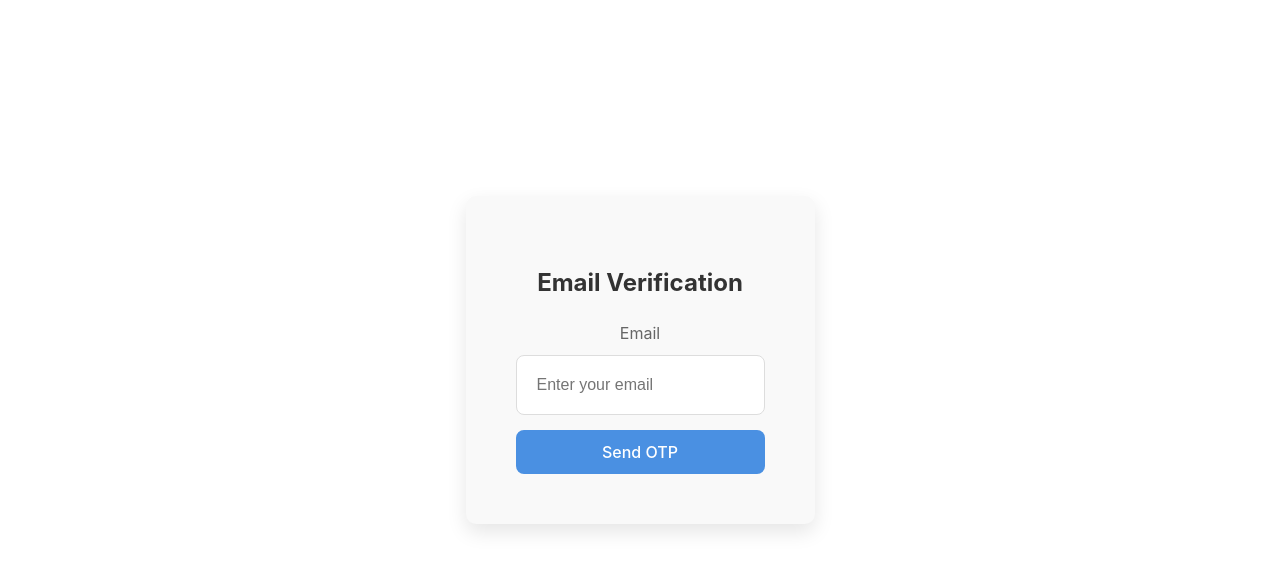
Repository: sarathraj2002/MockTest
Page: / (app in Frontend/)
The author's editor kept a copy of each file at every save. The page is drawn from the files as they stood at one save, then again after a run of saves.
The browser window is 1280 px wide. The pictures show the whole page.
The project was rebuilt for these pictures with package versions that can differ from the ones it lists, and the page was loaded fresh each time. Also part of the build but not shown: Frontend/vite.config.js, Frontend/src/components/Home.jsx, Frontend/src/components/Mail.jsx.

Above is the page before, as saved 2024-11-13 17:01:15.

### Frontend/index.html
<!doctype html>
<html lang="en">
  <head>
    <meta charset="UTF-8" />
    <link rel="icon" type="image/svg+xml" href="/vite.svg" />
    <meta name="viewport" content="width=device-width, initial-scale=1.0" />
    <title>MockTest</title>
  </head>
  <body>
    <div id="root"></div>
    <script type="module" src="/src/main.jsx"></script>
  </body>
</html>

### Frontend/src/main.jsx
import { StrictMode } from 'react'
import { createRoot } from 'react-dom/client'
import App from './App.jsx'
import './index.css'
import { BrowserRouter } from 'react-router-dom'


createRoot(document.getElementById('root')).render(
  <StrictMode>
     <BrowserRouter>
    <App />
    </BrowserRouter>
  </StrictMode>,
)

### Frontend/src/App.jsx
import { useState } from 'react'
import './App.css'
import Otp from './components/Otp'
import { Home } from './components/Home'
import { Route,Routes,useNavigate } from 'react-router-dom'
import Mail from './components/Mail'

function App() {
  const [email, setEmail] = useState('');
  const navigate = useNavigate();
  const handleEmailSubmit=(email)=>{
    setEmail(email);
    navigate('/check');
  }


  return (
    <>
    <Routes>
      <Route path='/' element={<Otp onEmailSubmit={handleEmailSubmit}/>}></Route>
      <Route path='/check' element={<Mail/>}></Route>
      <Route path='/home' element={<Home/>}></Route>
    </Routes>
    </>
  )
}

export default App

### Frontend/src/components/Otp.jsx
import React, { useState } from 'react';
import axios from 'axios';

function Email({ onEmailSubmit }) {
  const [email, setEmail] = useState('');
  const [otp, setOtp] = useState('');
  const [errorMessage, setErrorMessage] = useState('');
  const [otpSent, setOtpSent] = useState(false);


  const handleEmailSubmit = async (e) => {
    e.preventDefault();
    setErrorMessage('');
    try {

      const response = await axios.post('http://localhost:5000/api/send-otp', { email });
      const data = response.data;

      console.log(data);

      if (data.success) {
        setOtpSent(true);
        onEmailSubmit(email);
      } else {
        setErrorMessage('Error sending OTP. Please try again.');
      }
    } catch (error) {
      setErrorMessage('An error occurred while sending OTP.');
      console.error('Error:', error);
    }
  };


  const handleOtpSubmit = async (e) => {
    e.preventDefault();
    setErrorMessage('');
    try {
      const response = await axios.post('http://localhost:5000/api/verify-otp', { otp });
      const data = response.data;

      if (data.valid) {
        alert('OTP validated successfully!');
      } else {
        setErrorMessage(data.message || 'Invalid OTP. Please try again.');
      }
    } catch (error) {
      setErrorMessage('An error occurred while validating OTP.');
      console.error('Error:', error);
    }
  };

  return (
   <div
  style={{
    maxWidth: '800px',
    margin: 'auto',
    padding: '50px',
    textAlign: 'center',
    backgroundColor: '#f9f9f9',
    boxShadow: '0 8px 20px rgba(0, 0, 0, 0.1)',
    borderRadius: '10px',
  }}
>
  <h2 style={{ color: '#333', marginBottom: '20px' }}>Email Verification</h2>
  {!otpSent ? (
    <form onSubmit={handleEmailSubmit} style={{ display: 'flex', flexDirection: 'column' }}>
      <label htmlFor="email" style={{ marginBottom: '10px', color: '#666' }}>Email</label>
      <input
        id="email"
        type="email"
        value={email}
        onChange={(e) => setEmail(e.target.value)}
        required
        placeholder="Enter your email"
        style={{
          padding: '20px',
          marginBottom: '15px',
          borderRadius: '8px',
          border: '1px solid #ddd',
          fontSize: '16px',
        }}
      />
      <button
        type="submit"
        style={{
          padding: '12px 20px',
          backgroundColor: '#4a90e2',
          color: 'white',
          border: 'none',
          borderRadius: '8px',
          cursor: 'pointer',
          transition: 'background-color 0.3s',
        }}
        onMouseEnter={(e) => (e.target.style.backgroundColor = '#357ABD')}
        onMouseLeave={(e) => (e.target.style.backgroundColor = '#4a90e2')}
      >
        Send OTP
      </button>
      {errorMessage && (
        <p style={{ color: 'red', marginTop: '15px' }}>
          {errorMessage}
        </p>
      )}
    </form>
  ) : (
    <form onSubmit={handleOtpSubmit} style={{ display: 'flex', flexDirection: 'column' }}>
      <label htmlFor="otp" style={{ marginBottom: '10px', color: '#666' }}>Enter OTP</label>
      <input
        id="otp"
        type="text"
        value={otp}
        onChange={(e) => setOtp(e.target.value)}
        required
        placeholder="Enter OTP"
        style={{
          padding: '12px',
          marginBottom: '15px',
          borderRadius: '8px',
          border: '1px solid #ddd',
          fontSize: '16px',
        }}
      />
      <button
        type="submit"
        style={{
          padding: '12px 20px',
          backgroundColor: '#5cb85c',
          color: 'white',
          border: 'none',
          borderRadius: '8px',
          cursor: 'pointer',
          transition: 'background-color 0.3s',
        }}
        onMouseEnter={(e) => (e.target.style.backgroundColor = '#4CAE4C')}
        onMouseLeave={(e) => (e.target.style.backgroundColor = '#5cb85c')}
      >
        Validate OTP
      </button>
      {errorMessage && (
        <p style={{ color: 'red', marginTop: '15px' }}>
          {errorMessage}
        </p>
      )}
    </form>
  )}
</div>
)}
export default Email;

Loaded but not shown: Frontend/src/index.css (common file); Frontend/src/App.css (common file)

After the next 3 saves:
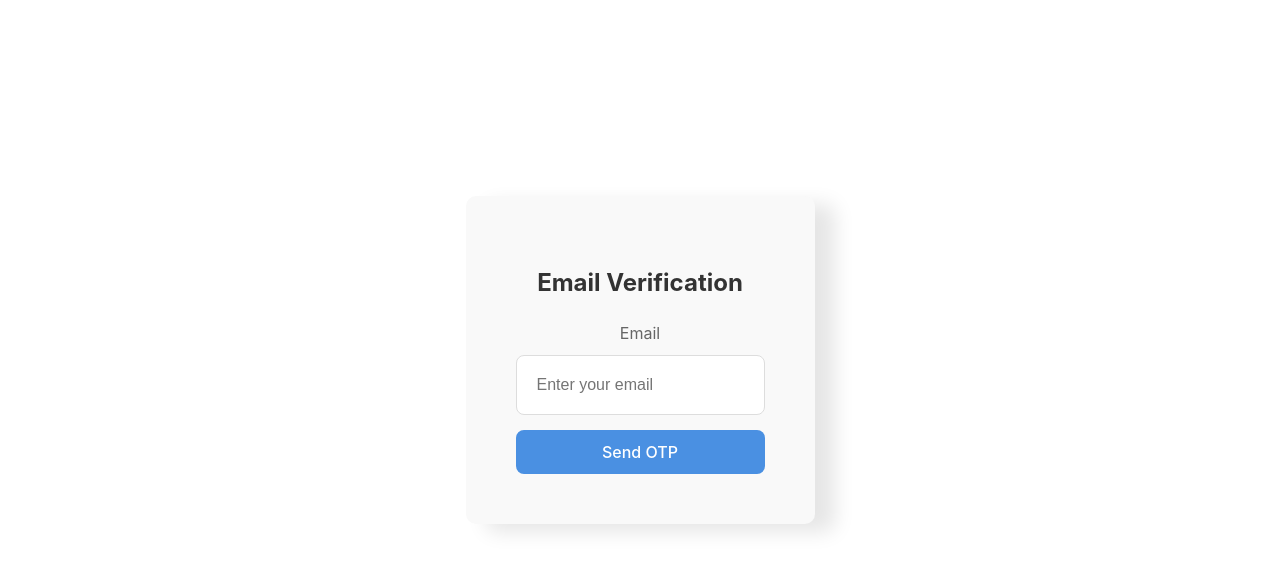
The 3 saves are shown as one change because they came seconds apart.
The last was saved 19 s later.
--- a/Frontend/src/components/Otp.jsx
+++ b/Frontend/src/components/Otp.jsx
@@ -57,7 +57,7 @@
     padding: '50px',
     textAlign: 'center',
     backgroundColor: '#f9f9f9',
-    boxShadow: '0 8px 20px rgba(0, 0, 0, 0.1)',
+    boxShadow: '20px 8px 20px rgba(0, 0, 0, 0.1)',
     borderRadius: '10px',
   }}
 >

After the 2 saves that followed:
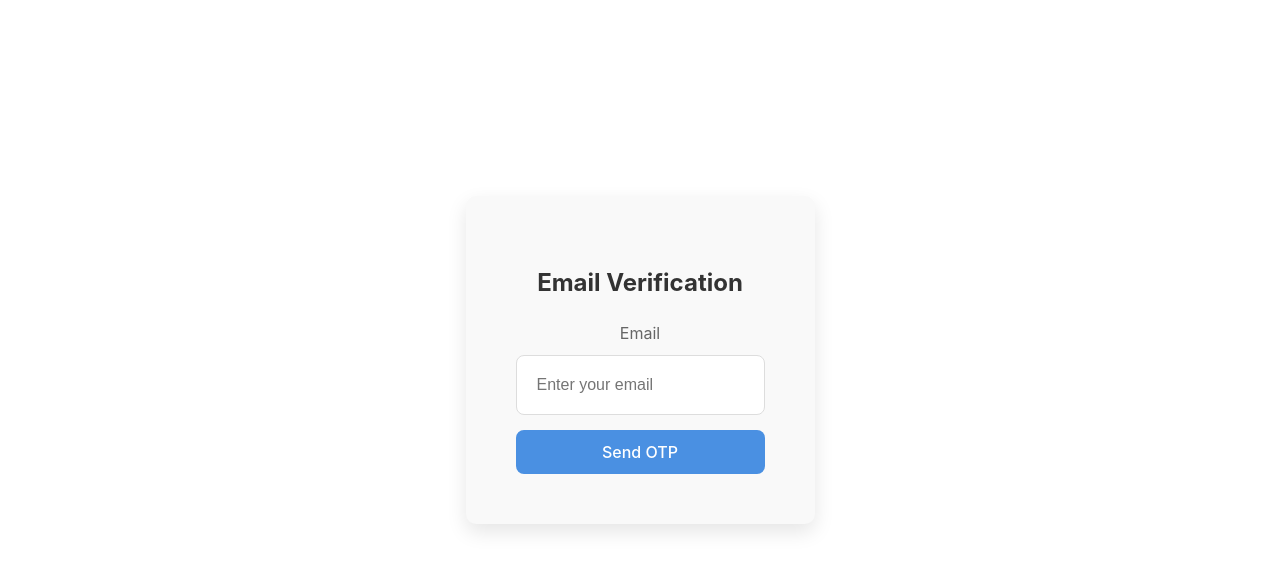
The 2 saves are shown as one change because they came seconds apart.
The last was saved 10 s later.
--- a/Frontend/src/components/Otp.jsx
+++ b/Frontend/src/components/Otp.jsx
@@ -57,7 +57,7 @@
     padding: '50px',
     textAlign: 'center',
     backgroundColor: '#f9f9f9',
-    boxShadow: '20px 8px 20px rgba(0, 0, 0, 0.1)',
+    boxShadow: '0 8px 20px rgba(0, 0, 0, 0.1)',
     borderRadius: '10px',
   }}
 >
